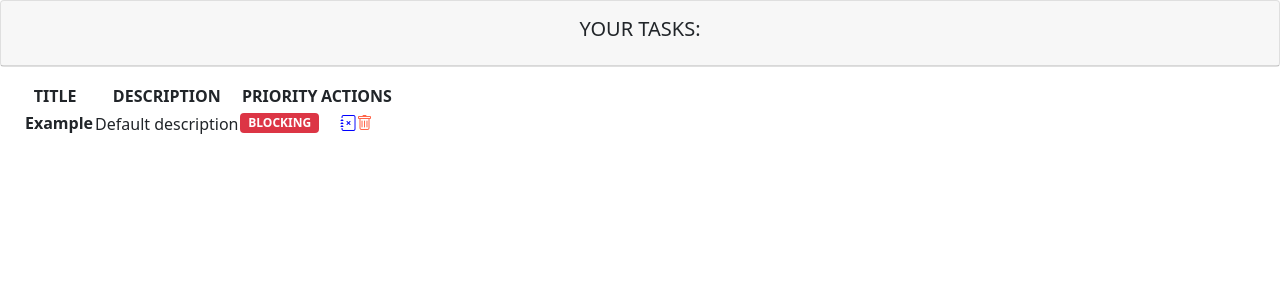
Repository: abgdev1997/proyecto-evo
Page: /about
These files come from the project's save history. The page is drawn as it stood at one moment and after the next save; the edit follows.
The browser window is 1280 px wide. The pictures show the whole page.
The project was rebuilt for these pictures with package versions that can differ from the ones it lists, and the page was loaded fresh each time. Also part of the build but not shown: src/index.css.

Above is the page before, as saved 2022-01-27 11:18:00.

### src/index.js
import React from 'react';
import ReactDOM from 'react-dom';
import 'bootstrap/dist/css/bootstrap.css';
import 'bootstrap-icons/font/bootstrap-icons.css';
import './index.css';
import App from './App';

ReactDOM.render(
  <React.StrictMode>
    <App />
  </React.StrictMode>,
  document.getElementById('root')
);

### src/App.js
import './App.css';
import TaskList from './components/container/task_list';

function App() {
  return (
    <div className="App">
        {/* Componente de listado de tareas */}
        <TaskList></TaskList>
    </div>
  );
}

export default App;

### src/components/container/task_list.jsx
import React, {useState, useEffect} from 'react';
import {Task} from '../../models/levels.class'
import { LEVELS } from '../../models/levels.enum';
import TaskComponent from '../pure/task_component'

const TaskList = () => {

    const defaultTask = new Task('Example', 'Default description', false, LEVELS.BLOCKING);

    //Estados del componente
    const [tasks, setTasks] = useState([defaultTask]);
    const [loading, setLoading] = useState(true);

    //Control de ciclo de vida del componente
    useEffect(() => {
        console.log('Task State has been modified');
        setLoading(false);
        return () => {
            console.log('TaskList component is going to unmount');
        };
    }, [tasks]);

    const changeCompleted = (id) => {
        {/*TODO: Cambiar estado de una tarea'*/}
    }

    return (
        <div>
            {/* Dividimos el contenedor en 12 columnas */}
            <div className='col-12'>
                {/* Usamos la class card */}
                <div className='card'>
                    {/* CARD HEADER (TITLE) */}
                    {/* card-header es la cabecera de la carta, p-3 es padding 3 */}
                    <div className='card-header p-3 '>
                        <h5>
                            YOUR TASKS:
                        </h5>
                    </div>
                </div>
                {/* CARD BODY (CONTENT) */}
                <div className='card-body' data-mdb-perfect-scrollbar='true' style={ {position: 'relative', height:'400px'} }>
                    <table>
                        <thead>
                            <tr>
                                <th scope='col'>TITLE</th>
                                <th scope='col'>DESCRIPTION</th>
                                <th scope='col'>PRIORITY</th>
                                <th scope='col'>ACTIONS</th>
                            </tr>
                        </thead>
                        <tbody>
                            {/* TODO: Aplicar un For/Map para renderizar una lista */}
                            <TaskComponent task={defaultTask}></TaskComponent>
                        </tbody>
                    </table>
                </div>
            </div>
        </div>
    );
};


export default TaskList;

### src/models/levels.class.js
import { LEVELS } from "./levels.enum";

export class Task {
    name = 'o';
    description = '';
    completed = false;
    level = LEVELS.NORMAL;

    constructor(name, description, completed, level){
        this.name = name;
        this.description = description;
        this.completed = completed;
        this.level = level;
    }
}

### src/models/levels.enum.js
export const LEVELS = {
    NORMAL: 'NORMAL',
    URGENT: 'URGENT',
    BLOCKING:'BLOCKING',
}

### src/components/pure/task_component.jsx
import React, {useEffect} from 'react';
import PropTypes from 'prop-types';
import { Task } from '../../models/levels.class';
import { LEVELS } from '../../models/levels.enum';


const TaskComponent = ({task}) => {

    useEffect(() => {
        console.log('Created task')
        return () => {
            console.log(`Task: ${task.name} is going to unmount...`)
        };
    }, [task]);

    function taskLevelBadge(){
        switch (task.level) {
            case LEVELS.NORMAL:
                return(<h6 className='mb-0'><span className='badge bg-primary'>{task.level}</span></h6>);
            case LEVELS.URGENT:
                return(<h6 className='mb-0'><span className='badge bg-warning'>{task.level}</span></h6>);
            case LEVELS.BLOCKING:
                return(<h6 className='mb-0'><span className='badge bg-danger'>{task.level}</span></h6>);
            default:
                break;
        }
    }

    return (

        <tr className='fw-normal'>
            <th>
                {/* ms-2 Margin 2 */}
                <span className='ms-2'>{task.name}</span>
            </th>
            <td>
                {/* align-middle alinea al centro */}
                <span className='align-middle'>{task.description}</span>
            </td>
            <td>
                {/* <span className='align-middle'>{task.level}</span> */}
                {taskLevelBadge()}
            </td>
            <td>
                {/* <span className='align-middle'>{task.completed ? 'COMPLETED' : 'PENDING'}</span> */}
                { task.completed ?
                    (<i className='bi bi-journal-check' style={{color: 'green', fontWeight:'bold'}}></i>)
                    : (<i className='bi bi-journal-x' style={{color: 'blue', fontWeight:'bold'}}></i>)
                }
                <i className='bi-trash' style={{color:'tomato', fontWeight:'bold'}}></i>
            </td>
        </tr>

        // <div>
        //     <h2>
        //         Name: {task.name}
        //     </h2>
        //     <h3>
        //         Description: {task.description}
        //     </h3>
        //     <h4>
        //         Level: {task.level}
        //     </h4>
        //     <h5>
        //         This task is: {task.completed ? 'COMPLETED' : 'PENDING'}
        //     </h5>
        // </div>
    );
};


TaskComponent.propTypes = {
    task: PropTypes.instanceOf(Task)
};


export default TaskComponent;

Loaded but not shown: public/index.html (common file); src/App.css (common file)

After the next save:
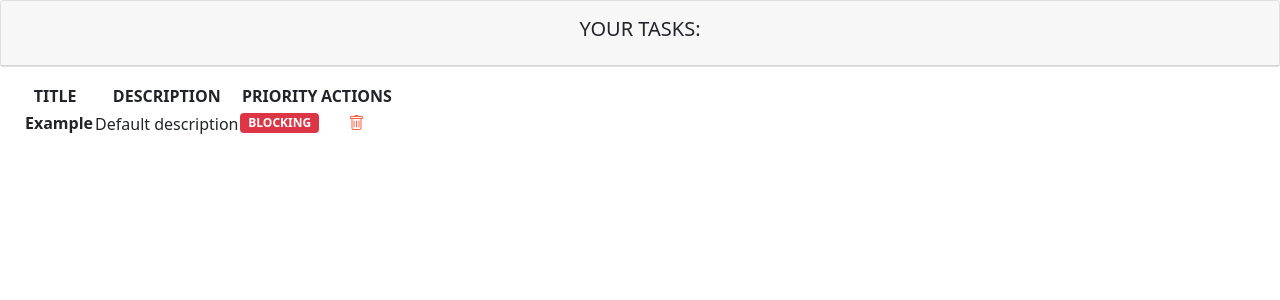
Saved 4 min 24 s later.
--- a/src/components/pure/task_component.jsx
+++ b/src/components/pure/task_component.jsx
@@ -26,6 +26,12 @@
         }
     }
 
+    function taskCompletedIcon(){
+        task.completed ?
+                    (<i className='bi bi-journal-check' style={{color: 'green', fontWeight:'bold'}}></i>)
+                    : (<i className='bi bi-journal-x' style={{color: 'blue', fontWeight:'bold'}}></i>)
+    }
+
     return (
 
         <tr className='fw-normal'>
@@ -43,10 +49,7 @@
             </td>
             <td>
                 {/* <span className='align-middle'>{task.completed ? 'COMPLETED' : 'PENDING'}</span> */}
-                { task.completed ?
-                    (<i className='bi bi-journal-check' style={{color: 'green', fontWeight:'bold'}}></i>)
-                    : (<i className='bi bi-journal-x' style={{color: 'blue', fontWeight:'bold'}}></i>)
-                }
+                {taskCompletedIcon()}
                 <i className='bi-trash' style={{color:'tomato', fontWeight:'bold'}}></i>
             </td>
         </tr>

After the 2 saves that followed:
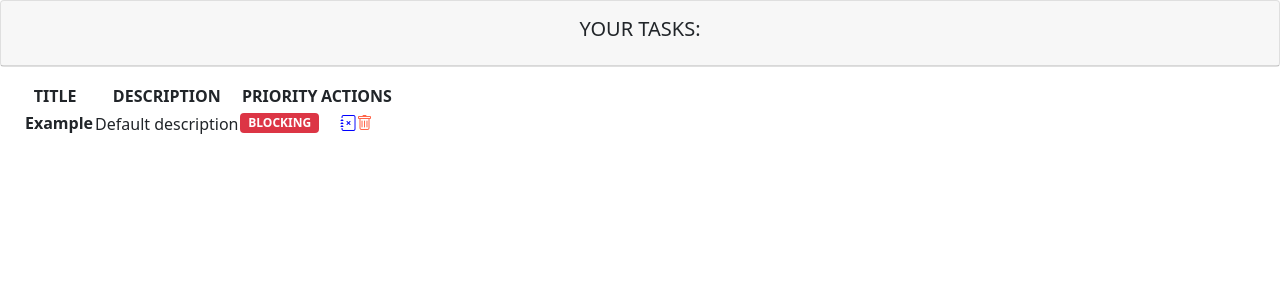
The 2 saves are shown as one change because 1 left the picture as it was.
The last was saved 73 s later.
--- a/src/components/pure/task_component.jsx
+++ b/src/components/pure/task_component.jsx
@@ -27,9 +27,11 @@
     }
 
     function taskCompletedIcon(){
-        task.completed ?
-                    (<i className='bi bi-journal-check' style={{color: 'green', fontWeight:'bold'}}></i>)
-                    : (<i className='bi bi-journal-x' style={{color: 'blue', fontWeight:'bold'}}></i>)
+        if(task.completed){
+            return(<i className='bi bi-journal-check' style={{color: 'green', fontWeight:'bold'}}></i>);
+        }else{
+            return(<i className='bi bi-journal-x' style={{color: 'blue', fontWeight:'bold'}}></i>);
+        }
     }
 
     return (
